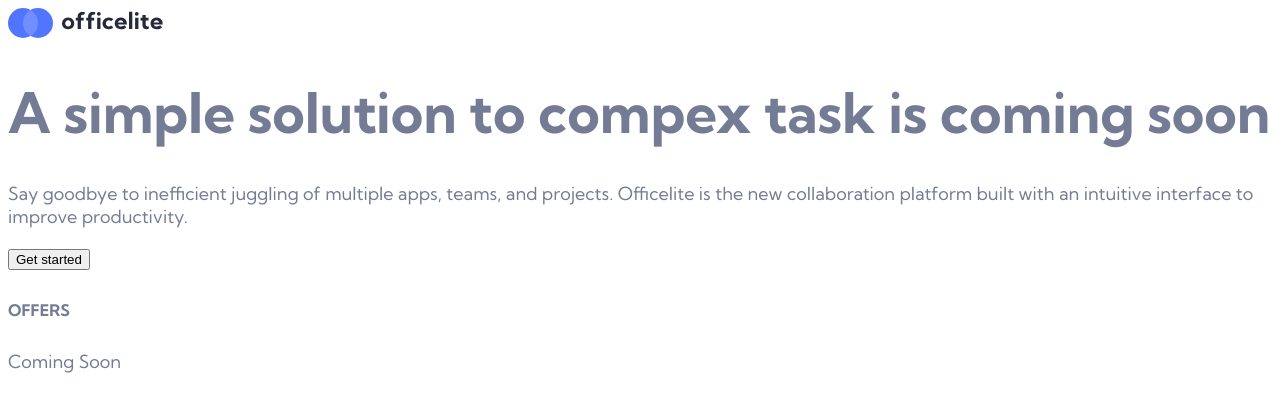
Repository: jodelajo/frontend-css-challenge
Page: index.html
The author's editor kept a copy of each file at every save. The page is drawn from the files as they stood at one save, then again after the next save.
The browser window is 1280 px wide. The pictures show the whole page.

Above is the page before, as saved 2022-02-28 12:53:32.

After the next save:
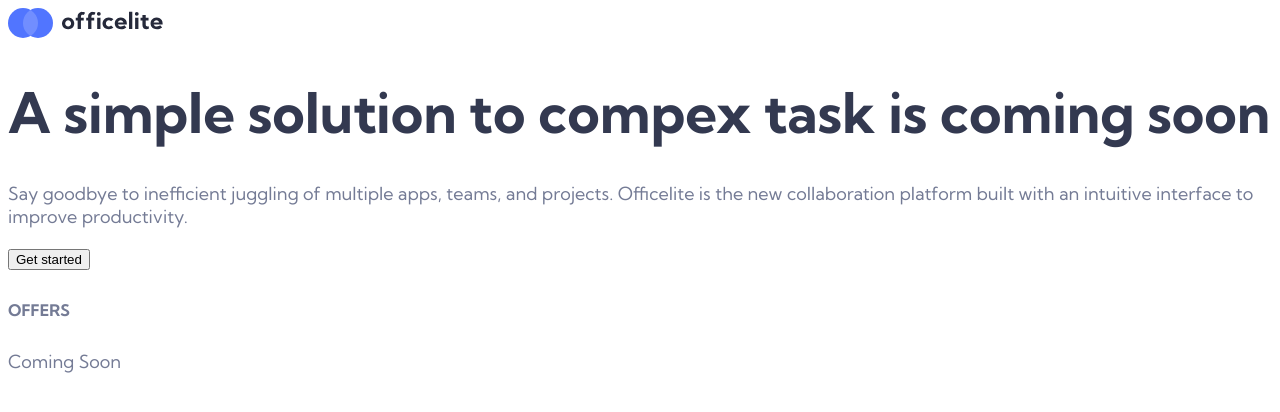
Saved 76 s later.
--- a/index.css
+++ b/index.css
@@ -29,3 +29,7 @@
   font-size: 16px;
   line-height: 48px;
 }
+
+.first-block h1 {
+  color: var(--colors-dark);
+}
